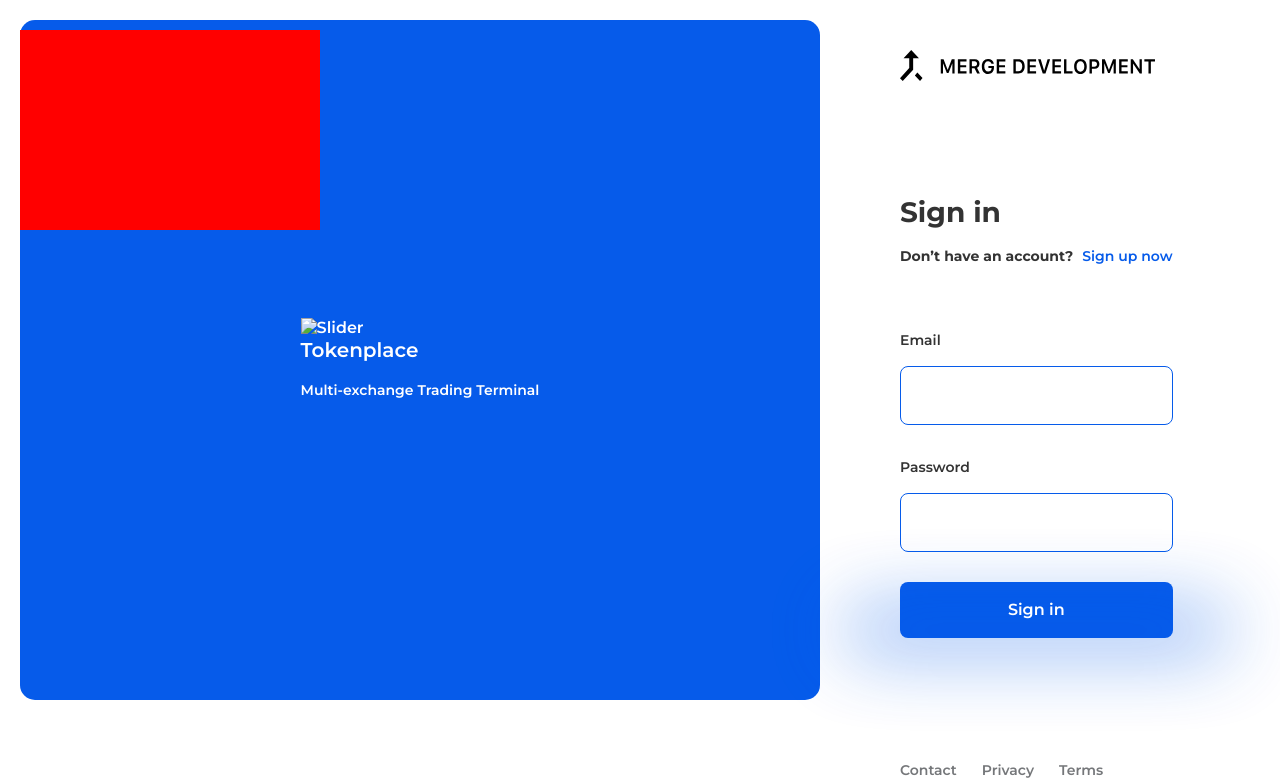
Repository: 13RedFox/form-project
Page: /
These files come from the project's save history. The page is drawn as it stood at one moment and after the next save; the edit follows.
The browser window is 1280 px wide. The pictures show the whole page.
The project was rebuilt for these pictures with package versions that can differ from the ones it lists, and the page was loaded fresh each time.

Above is the page before, as saved 2021-08-04 18:43:37.

After the next save:
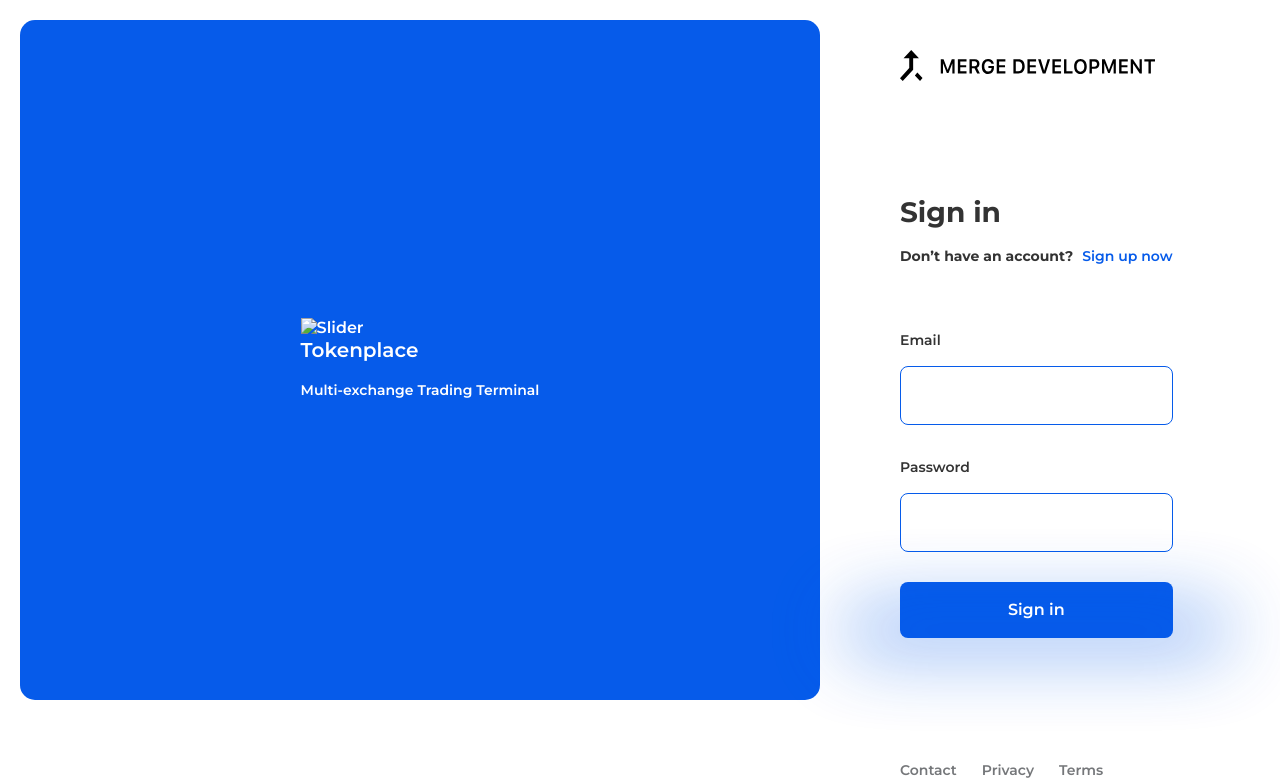
Saved 41 s later.
--- a/src/components/Slider/Slider.module.scss
+++ b/src/components/Slider/Slider.module.scss
@@ -10,18 +10,6 @@
   color: #fff;
   margin-right: 80px;
   z-index: 0;
-
-  &::before {
-    display: block;
-    content: '';
-    position: absolute;
-    top: 10px;
-    left: 0;
-    width: 300px;
-    height: 200px;
-    background-color: red;
-    z-index: 1;
-  }
 }
 
 .title {
